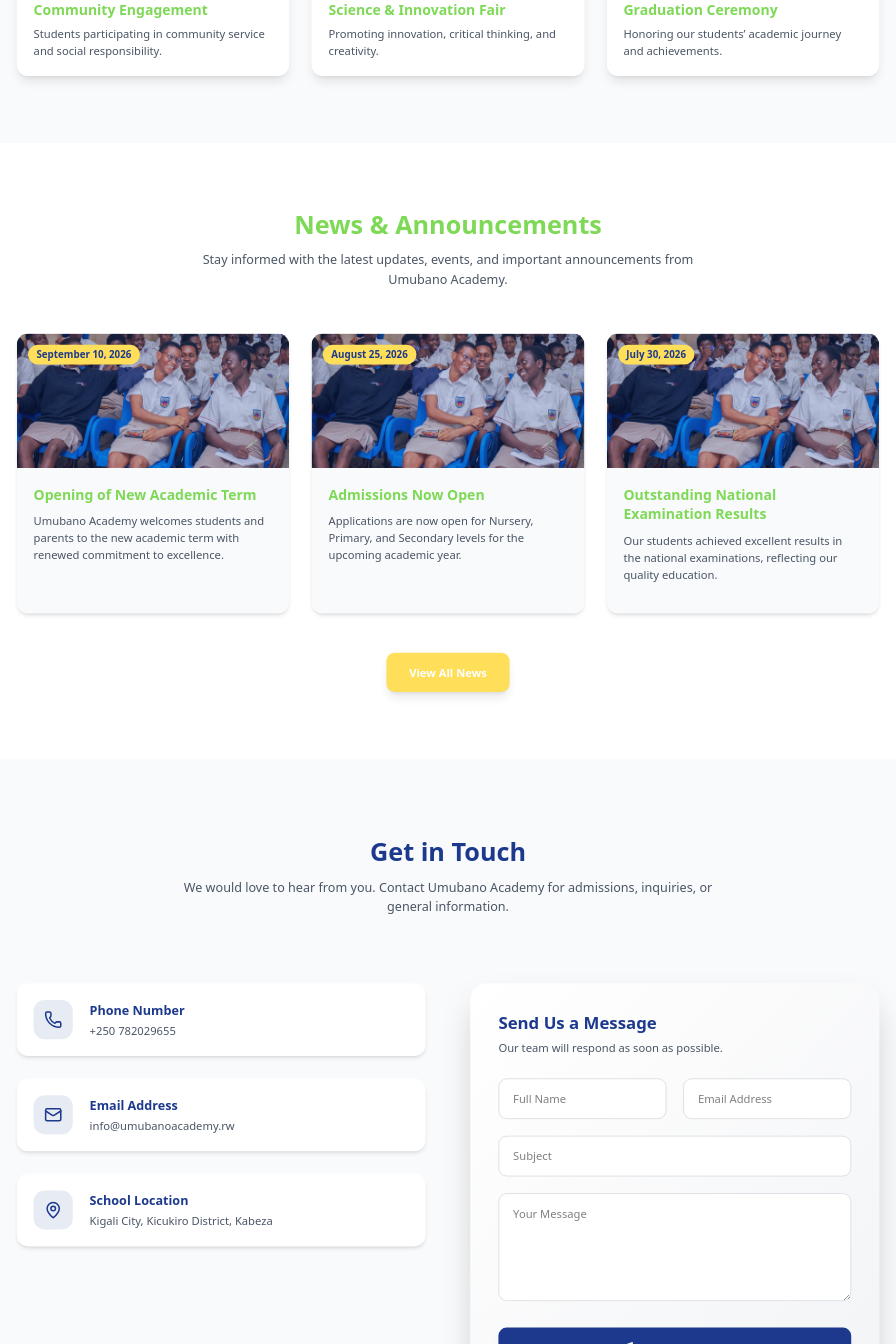
Repository: Umubano-Academy/umubano-academy-website
Page: /
An editor plug-in stored every save of this project. The page is shown before and after the next save, followed by the edit.
The browser window is 1280 px wide. The pictures show the part of the page from y = 1751 to 3671 px (the page is 4911 px tall), at 70% of full size.
The project was rebuilt for these pictures with package versions that can differ from the ones it lists, and the page was loaded fresh each time. Also part of the build but not shown: vite.config.js, src/components/guest/Admission.jsx, src/components/guest/Academic.jsx, src/components/guest/About.jsx, src/components/admin/sidebar/data/menuData.js, src/components/admin/sidebar/SideBar.jsx, src/components/admin/Header/Header.jsx, src/components/admin/LayOut.jsx and 3 more.

Above is the page before, as saved 2026-01-13 19:04:49.

### index.html
<!doctype html>
<html lang="en">
  <head>
    <meta charset="UTF-8" />
    <!-- <link rel="icon" type="image/svg+xml" href="/vite.svg" /> -->
    <meta name="viewport" content="width=device-width, initial-scale=1.0" />
    <title>umubano-academy</title>
  </head>
  <body>
    <div id="root"></div>
    <script type="module" src="/src/main.jsx"></script>
  </body>
</html>

### src/App.jsx
import React from 'react'
import { BrowserRouter, Route, Routes } from 'react-router-dom'
import NavBar from './components/guest/NavBar'
import Hero from './components/guest/Hero'
import Event from './components/guest/Event'
import News from './components/guest/News'
import Layout from './components/guest/Layout'
import Home from './components/guest/Home'
import Admission from './components/guest/Admission'
import Academic from './components/guest/Academic'
import About from './components/guest/About'
import LayOut from './components/admin/LayOut'
import Dashboard from './components/admin/pages/Dashboard'
import Login from './components/guest/forms/Login'
import ResetPassword from './components/guest/forms/ResetPassword'


function App() {
  return (
    <BrowserRouter>

    <Routes>
      <Route path='/' element={<Layout />}>
      <Route index element={<Home />} />
      <Route path='/admission' element={<Admission />} />
      <Route path='/academic' element={<Academic />} />
      <Route path='/aboutus' element={<About />} />
      <Route path='/login' element={<Login />} />
      <Route path="/password-reset" element={<ResetPassword />} />
      </Route>

      <Route path='/admin' element={<LayOut />}>
      <Route index element={<Dashboard />} />
      </Route>
    </Routes>
    </BrowserRouter>

  )
}

export default App

### src/components/guest/NavBar.jsx
import React, { useState } from "react"
import { Menu, X, Phone, Mail, GraduationCap } from "lucide-react"
import { motion, AnimatePresence } from "framer-motion"
import logo from "../../assets/UALOGO.png"
import { Link } from "react-router-dom"

function NavBar() {
  const [open, setOpen] = useState(false)

  const navLinks = [
    "Home",
    "About",
    "Academics",
    "Admissions",
    "News",
    "Events",
    "Contact",
  ]

  return (
    <>
      {/* Top Info Bar */}
      <div className="hidden md:flex justify-between items-center px-8 py-2 bg-[#FFDE59] text-white text-sm">
        <div className="flex items-center gap-4">
          <span className="flex items-center gap-1 text-xl text-[#0AB0EE] font-medium">
            <Phone size={18} /> +250 782029655
          </span>
          <span className="flex text-xl items-center gap-1  text-[#0AB0EE] font-medium">
            <Mail size={18} /> info@umubanoacademy.rw
          </span>
        </div>
        <span className=" text-xl  text-[#0AB0EE] font-medium">Excellence in Education</span>
      </div>

      {/* Main Navbar */}
      <header className="sticky top-0 z-50 bg-white/80 backdrop-blur-xl shadow-sm">
        <div className="max-w-7xl mx-auto px-6">
          <div className="flex items-center justify-between h-20">

            {/* Logo */}
            <Link to="/" className="flex items-center gap-3">
              <img src={logo} alt="Umubano Academy Logo" className="w-16 h-16 object-contain" />
              {/* <div className="w-12 h-12 bg-blue-900 text-white flex items-center justify-center rounded-xl">
                <GraduationCap size={28} />
              </div> */}
              <div>
                <h1 className="text-xl font-bold text-blue-900">
                  Umubano Academy
                </h1>
                <p className="text-xs text-gray-500">
                  Knowledge • Discipline • Excellence
                </p>
              </div>
            </Link>

            {/* Desktop Menu */}
            <nav className="hidden lg:flex items-center gap-10">
              {navLinks.map((link) => (
                <a
                  key={link}
                  href={`/${link.toLowerCase()}`}
                  className="relative text-gray-700 font-medium hover:text-blue-900 transition group"
                >
                  {link}
                  <span className="absolute left-0 -bottom-1 w-0 h-0.5 bg-blue-900 transition-all group-hover:w-full"></span>
                </a>
              ))}
            </nav>

            {/* CTA */}
            <div className="hidden lg:flex">
              <a
                href="/login"
                className="bg-[#0AB0EE] text-white px-6 py-3 rounded-xl font-medium shadow-lg hover:shadow-xl transition"
              >
                Sign in
              </a>
            </div>

            {/* Mobile Menu Button */}
            <button
              onClick={() => setOpen(!open)}
              className="lg:hidden text-blue-900"
            >
              {open ? <X size={30} /> : <Menu size={30} />}
            </button>
          </div>
        </div>

        {/* Mobile Menu */}
        <AnimatePresence>
          {open && (
            <motion.div
              initial={{ opacity: 0, y: -20 }}
              animate={{ opacity: 1, y: 0 }}
              exit={{ opacity: 0, y: -20 }}
              transition={{ duration: 0.3 }}
              className="lg:hidden bg-white shadow-xl"
            >
              <div className="flex flex-col px-6 py-6 gap-6">
                {navLinks.map((link) => (
                  <a
                    key={link}
                    href={`/${link.toLowerCase()}`}
                    className="text-lg font-medium text-gray-700 hover:text-blue-900"
                    onClick={() => setOpen(false)}
                  >
                    {link}
                  </a>
                ))}

                <Link to="login"

                  className="mt-4 text-center bg-blue-900 text-white py-3 rounded-xl font-medium"
                >
                  Login
                </Link>
              </div>
            </motion.div>
          )}
        </AnimatePresence>
      </header>
    </>
  )
}

export default NavBar

### src/components/guest/Hero.jsx
import React from "react"
import { motion } from "framer-motion"
import heroImage from "../../assets/umubano.jpg"

function Hero() {
  return (
    <section
      className="relative h-screen flex items-center"
      style={{
        backgroundImage: `url(${heroImage})`,
        backgroundSize: "cover",
        backgroundPosition: "center",
      }}
    >
      {/* Overlay */}
      <div className="absolute inset-0 bg-gradient-to-r from-blue-900/90 via-blue-900/70 to-transparent"></div>

      {/* Content */}
      <div className="relative z-10 max-w-7xl mx-auto px-6">
        <motion.div
          initial={{ opacity: 0, y: 40 }}
          animate={{ opacity: 1, y: 0 }}
          transition={{ duration: 0.8 }}
          className="max-w-2xl text-white"
        >
          <span className="inline-block mb-4 px-4 py-2 bg-white/10 backdrop-blur rounded-full text-sm font-medium">
            Welcome to Umubano Academy
          </span>

          <h1 className="text-4xl md:text-6xl font-bold leading-tight mb-6">
            Shaping Future Leaders Through{" "}
            <span className="text-[#FFDE59]">Excellence in Education</span>
          </h1>

          <p className="text-lg md:text-xl text-gray-200 mb-10">
            Umubano Academy is committed to nurturing disciplined, innovative,
            and confident learners through quality education, strong values,
            and a supportive learning environment.
          </p>

          <div className="flex flex-col sm:flex-row gap-4">
            <a
              href="/admission"
              className="bg-[#7ED956] text-blue-900 px-8 py-4 rounded-xl font-semibold text-lg hover:bg-[#FFDE59] transition shadow-lg"
            >
              Admission&Requirement
            </a>

            <a
              href="/academic"
              className="border border-white/40 px-8 py-4 rounded-xl font-semibold text-lg text-black bg-[#D9D9D9] hover:bg-[#0AB0EE] hover:text-blue-900 transition"
            >
              Explore Academics
            </a>
          </div>
        </motion.div>
      </div>
    </section>
  )
}

export default Hero

### src/components/guest/Event.jsx
import React from "react"
import { motion } from "framer-motion"
import heroImage from "../../assets/umubano.jpg"

function Event() {
  const items = [
    {
      title: "Academic Excellence Awards",
      description:
        "Celebrating outstanding academic performance and dedication to learning.",
      image: heroImage,
    },
    {
      title: "Cultural & Talent Day",
      description:
        "Showcasing creativity, culture, and talent among our students.",
      image: heroImage,
    },
    {
      title: "Sports & Physical Activities",
      description:
        "Encouraging teamwork, discipline, and physical well-being.",
      image: heroImage,
    },
    {
      title: "Community Engagement",
      description:
        "Students participating in community service and social responsibility.",
      image: heroImage,
    },
    {
      title: "Science & Innovation Fair",
      description:
        "Promoting innovation, critical thinking, and creativity.",
      image: heroImage,
    },
    {
      title: "Graduation Ceremony",
      description:
        "Honoring our students’ academic journey and achievements.",
      image: heroImage,
    },
  ]

  return (
    <section className="py-24 bg-gray-50">
      <div className="max-w-7xl mx-auto px-6">

        {/* Section Header */}
        <motion.div
          initial={{ opacity: 0, y: 30 }}
          whileInView={{ opacity: 1, y: 0 }}
          viewport={{ once: true }}
          transition={{ duration: 0.6 }}
          className="text-center max-w-3xl mx-auto mb-16"
        >
          <h2 className="text-3xl md:text-4xl font-bold text-[#7ED956] mb-4">
            School Events & Gallery
          </h2>
          <p className="text-gray-600 text-lg">
            Explore moments from Umubano Academy’s academic, cultural, and
            extracurricular activities that shape well-rounded learners.
          </p>
        </motion.div>

        {/* Cards Grid */}
        <motion.div
          initial="hidden"
          whileInView="visible"
          viewport={{ once: true }}
          variants={{
            visible: {
              transition: {
                staggerChildren: 0.15,
              },
            },
          }}
          className="grid grid-cols-1 sm:grid-cols-2 lg:grid-cols-3 gap-8"
        >
          {items.map((item, index) => (
            <motion.div
              key={index}
              variants={{
                hidden: { opacity: 0, y: 40 },
                visible: { opacity: 1, y: 0 },
              }}
              transition={{ duration: 0.6 }}
              className="group bg-white rounded-2xl shadow-lg overflow-hidden hover:-translate-y-2 transition"
            >
              {/* Image */}
              <div className="relative h-56 overflow-hidden">
                <img
                  src={item.image}
                  alt={item.title}
                  className="w-full h-full object-cover group-hover:scale-110 transition duration-500"
                />
                <div className="absolute inset-0 bg-blue-900/30 group-hover:bg-blue-900/50 transition"></div>
              </div>

              {/* Content */}
              <div className="p-6">
                <h3 className="text-xl font-semibold text-[#7ED956] mb-2">
                  {item.title}
                </h3>
                <p className="text-gray-600">
                  {item.description}
                </p>
              </div>
            </motion.div>
          ))}
        </motion.div>
      </div>
    </section>
  )
}

export default Event

### src/components/guest/News.jsx
import React from "react"
import { motion } from "framer-motion"
import heroImage from "../../assets/umubano.jpg"

function News() {
  const newsList = [
    {
      title: "Opening of New Academic Term",
      date: "September 10, 2026",
      description:
        "Umubano Academy welcomes students and parents to the new academic term with renewed commitment to excellence.",
      image: heroImage,
    },
    {
      title: "Admissions Now Open",
      date: "August 25, 2026",
      description:
        "Applications are now open for Nursery, Primary, and Secondary levels for the upcoming academic year.",
      image: heroImage,
    },
    {
      title: "Outstanding National Examination Results",
      date: "July 30, 2026",
      description:
        "Our students achieved excellent results in the national examinations, reflecting our quality education.",
      image: heroImage,
    },
  ]

  return (
    <section className="py-24 bg-white">
      <div className="max-w-7xl mx-auto px-6">

        {/* Section Header */}
        <motion.div
          initial={{ opacity: 0, y: 30 }}
          whileInView={{ opacity: 1, y: 0 }}
          viewport={{ once: true }}
          transition={{ duration: 0.6 }}
          className="text-center max-w-3xl mx-auto mb-16"
        >
          <h2 className="text-3xl md:text-4xl font-bold text-[#7ED956] mb-4">
            News & Announcements
          </h2>
          <p className="text-gray-600 text-lg">
            Stay informed with the latest updates, events, and important
            announcements from Umubano Academy.
          </p>
        </motion.div>

        {/* News Grid */}
        <motion.div
          initial="hidden"
          whileInView="visible"
          viewport={{ once: true }}
          variants={{
            visible: {
              transition: { staggerChildren: 0.15 },
            },
          }}
          className="grid grid-cols-1 md:grid-cols-2 lg:grid-cols-3 gap-8"
        >
          {newsList.map((news, index) => (
            <motion.article
              key={index}
              variants={{
                hidden: { opacity: 0, y: 40 },
                visible: { opacity: 1, y: 0 },
              }}
              transition={{ duration: 0.6 }}
              className="bg-gray-50 rounded-2xl shadow-md hover:shadow-xl transition overflow-hidden group"
            >
              {/* Image */}
              <div className="relative h-48 overflow-hidden">
                <img
                  src={news.image}
                  alt={news.title}
                  className="w-full h-full object-cover group-hover:scale-110 transition duration-500"
                />
                <div className="absolute inset-0 bg-blue-900/30"></div>

                {/* Date Badge */}
                <span className="absolute top-4 left-4 bg-[#FFDE59] text-blue-900 px-3 py-1 rounded-full text-sm font-semibold">
                  {news.date}
                </span>
              </div>

              {/* Content */}
              <div className="p-6">
                <h3 className="text-xl font-semibold text-[#7ED956] mb-3">
                  {news.title}
                </h3>
                <p className="text-gray-600 mb-5">
                  {news.description}
                </p>


              </div>
            </motion.article>
          ))}
        </motion.div>

        {/* View All */}
        <div className="text-center mt-14">
          <a
            href="/news"
            className="inline-block bg-[#FFDE59] text-white px-8 py-4 rounded-xl font-semibold hover:bg-blue-800 transition shadow-lg"
          >
            View All News
          </a>
        </div>

      </div>
    </section>
  )
}

export default News

### src/components/guest/Layout.jsx
import React from 'react'
import NavBar from './NavBar'
import { Outlet } from 'react-router-dom'
import Footer from './Footer'


function Layout() {
  return (
    <div>
      <NavBar />

      <div>
        <Outlet />
      </div>
      <div>
        <Footer />
      </div>
    </div>
  )
}

export default Layout

### src/components/guest/Home.jsx
import React from 'react'
import NavBar from './NavBar'
import Hero from './Hero'
import Event from './Event'
import News from './News'
import Contact from './Contact'

function Home() {
  return (
    <div>
      <Hero />
      <Event />
      <News />
      <Contact />

    </div>
  )
}

export default Home

### src/components/guest/Footer.jsx
import React from "react"
import {
  Phone,
  Mail,
  MapPin,
  Facebook,
  Twitter,
  Instagram,
  GraduationCap,
} from "lucide-react"
import logo from "../../assets/UALOGO.png"

function Footer() {
  return (
    <footer className="bg-[#0AB0EE] text-white">
      <div className="max-w-7xl mx-auto px-6 py-20">

        {/* Top Section */}
        <div className="grid grid-cols-1 md:grid-cols-2 lg:grid-cols-4 gap-12">

          {/* School Info */}
          <div>
            <div className="flex items-center gap-3 mb-6">
              <img src={logo} alt="Umubano Academy Logo" className="w-16 h-16 object-contain" />
              <h3 className="text-xl font-bold text-white">
                Umubano Academy
              </h3>
            </div>
            <p className="text-white leading-relaxed">
              Umubano Academy is dedicated to providing quality education,
              strong values, and a nurturing environment that shapes future
              leaders.
            </p>
          </div>

          {/* Quick Links */}
          <div>
            <h4 className="text-lg font-semibold text-white mb-6">
              Quick Links
            </h4>
            <ul className="space-y-4">
              {[
                "Home",
                "About Us",
                "Academics",
                "Admissions",
                "News",
                "Contact",
              ].map((link) => (
                <li key={link}>
                  <a
                    href={`/${link.toLowerCase().replace(" ", "")}`}
                    className="hover:text-yellow-400 transition"
                  >
                    {link}
                  </a>
                </li>
              ))}
            </ul>
          </div>

          {/* Contact Info */}
          <div>
            <h4 className="text-lg font-semibold text-white mb-6">
              Contact Us
            </h4>
            <ul className="space-y-4">
              <li className="flex items-start gap-3">
                <Phone size={18} className="text-yellow-400 mt-1" />
                <span>+250 782029655</span>
              </li>
              <li className="flex items-start gap-3">
                <Mail size={18} className="text-yellow-400 mt-1" />
                <span>info@umubanoacademy.rw</span>
              </li>
              <li className="flex items-start gap-3">
                <MapPin size={18} className="text-yellow-400 mt-1" />
                <span>
                  Kigali City, Kicukiro District, Kabeza
                </span>
              </li>
            </ul>
          </div>

          {/* Motto & Social */}
          <div>
            <h4 className="text-lg font-semibold text-white mb-6">
              Our Motto
            </h4>
            <p className="italic mb-6">
              “Knowledge, Discipline & Excellence”
            </p>

            <div className="flex gap-4">
              <a
                href="#"
                className="w-10 h-10 bg-white/10 flex items-center justify-center rounded-full hover:bg-yellow-400 hover:text-blue-900 transition"
              >
                <Facebook size={18} />
              </a>
              <a
                href="#"
                className="w-10 h-10 bg-white/10 flex items-center justify-center rounded-full hover:bg-yellow-400 hover:text-blue-900 transition"
              >
                <Twitter size={18} />
              </a>
              <a
                href="#"
                className="w-10 h-10 bg-white/10 flex items-center justify-center rounded-full hover:bg-yellow-400 hover:text-blue-900 transition"
              >
                <Instagram size={18} />
              </a>
            </div>
          </div>

        </div>
      </div>

      {/* Bottom Bar */}
      <div className="border-t border-white/10 py-6 text-center text-sm text-white">
        © {new Date().getFullYear()} Umubano Academy. All rights reserved.
      </div>
    </footer>
  )
}

export default Footer

Loaded but not shown: src/main.jsx (common file); src/index.css (common file); src/components/guest/Contact.jsx (156 lines, source omitted)

After the next save:
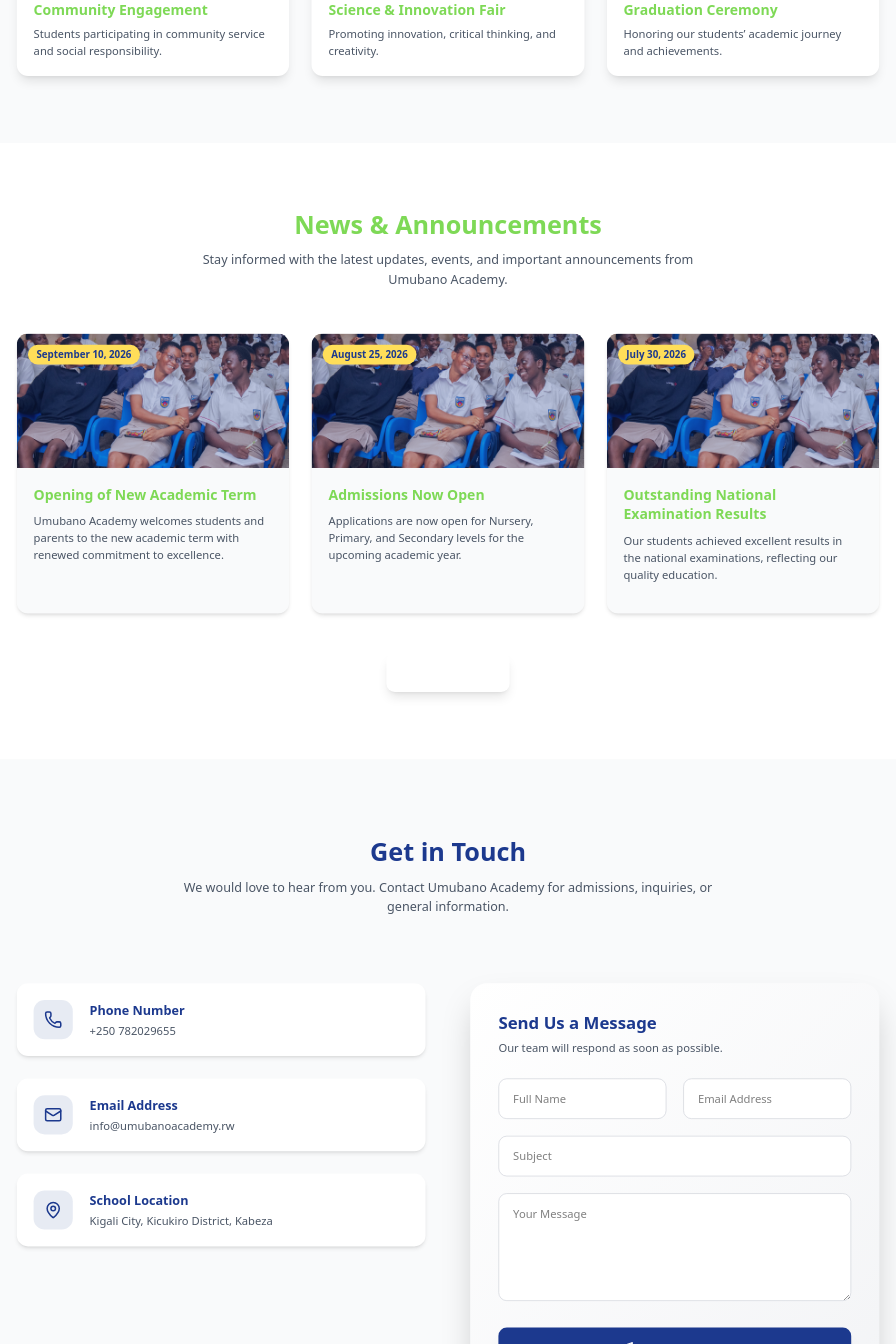
Saved 31 s later.
--- a/src/components/guest/News.jsx
+++ b/src/components/guest/News.jsx
@@ -104,7 +104,7 @@ function News() {
         <div className="text-center mt-14">
           <a
             href="/news"
-            className="inline-block bg-[#FFDE59] text-white px-8 py-4 rounded-xl font-semibold hover:bg-blue-800 transition shadow-lg"
+            className="inline-block [#0AB0EE] text-white px-8 py-4 rounded-xl font-semibold hover:bg-blue-800 transition shadow-lg"
           >
             View All News
           </a>
